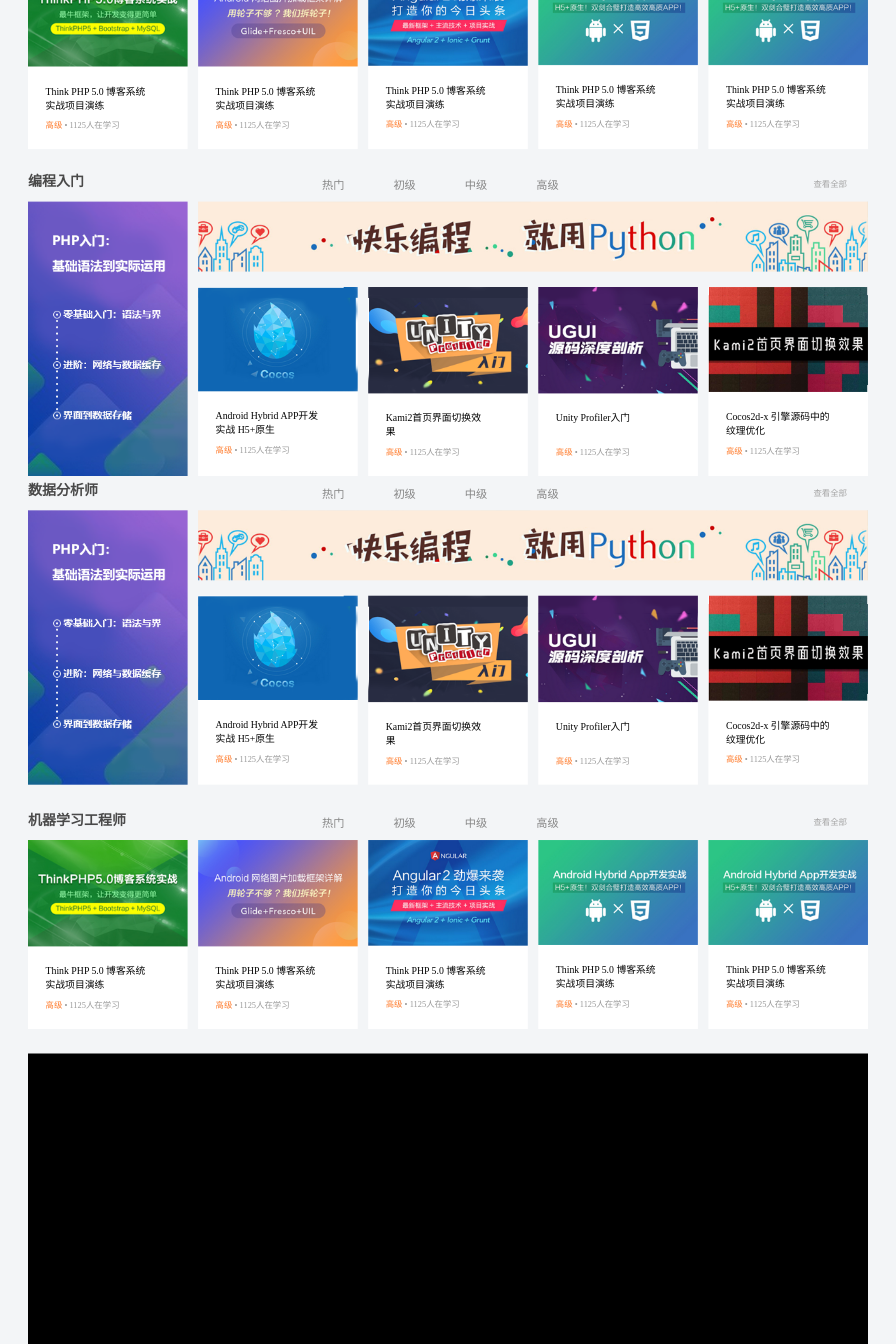
Repository: ywq0312/XueCheng
Page: index.html
These files come from the project's save history. The page is drawn as it stood at one moment and after the next save; the edit follows.
The browser window is 1280 px wide. The pictures show the part of the page from y = 1010 to 2930 px (the page is 2930 px tall), at 70% of full size.

Above is the page before, as saved 2021-05-19 15:10:49.

After the next save:
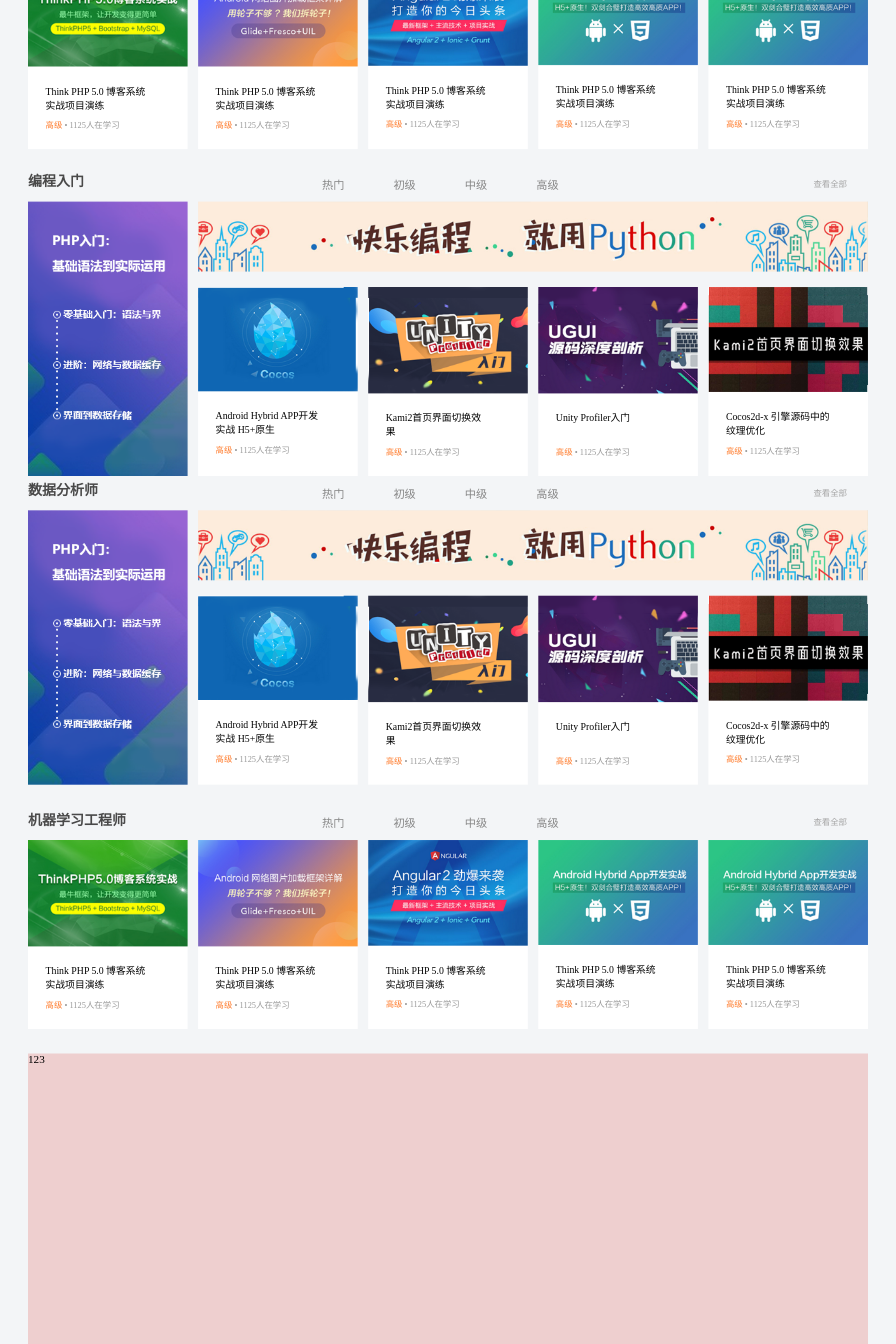
Saved 9 s later.
--- a/css/style.css
+++ b/css/style.css
@@ -291,7 +291,7 @@
 /* 页脚部分 */
 .footer{
     height: 415px;
-    background: #000;
+    background: rgb(238, 207, 207);
     margin-top: 20px;
 }
 .footer .w{
